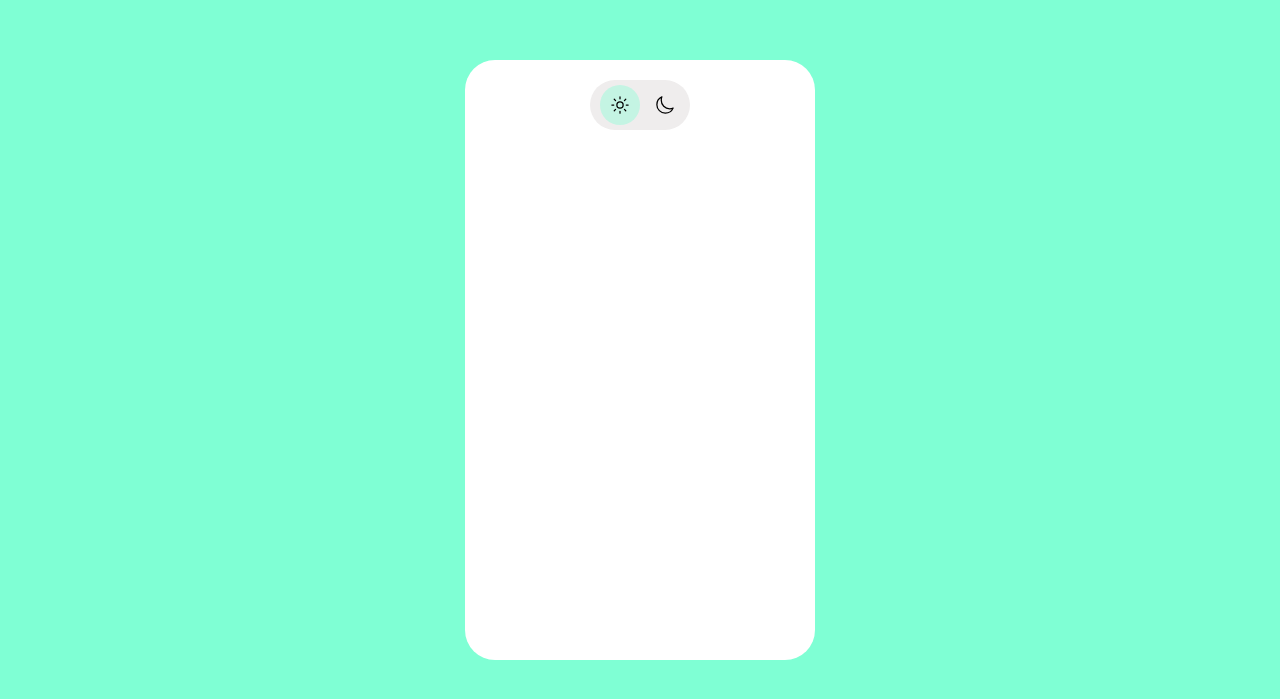
Repository: dinhtri123/caculator-app
Page: index.html
The author's editor kept a copy of each file at every save. The page is drawn from the files as they stood at one save, then again after a run of saves.
The browser window is 1280 px wide. The pictures show the whole page.
After loading, the first visible `div.button-mode` was clicked once.

Above is the page before, as saved 2023-01-03 11:17:59.

After the next 2 saves:
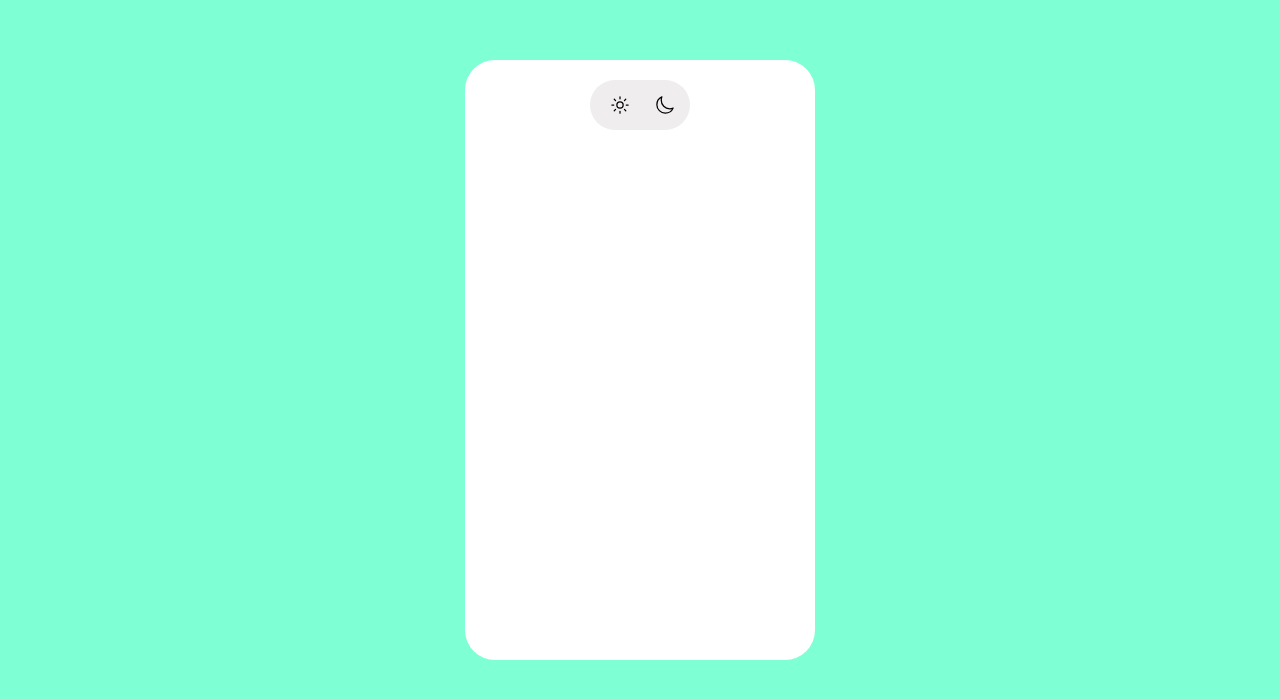
The 2 saves are shown as one change because they came seconds apart.
The last was saved 25 s later.
--- a/index.js
+++ b/index.js
@@ -9,10 +9,9 @@
 //   });
 // }
 
-function handleMode(){
-const btnMode = document.querySelectorAll(".button-mode");
-for(let i =0; i < btnMode.length; i++){
-
+function handleMode() {
+  const btnMode = document.querySelectorAll(".button-mode");
+  for (let i = 0; i < btnMode.length; i++) {
+    btnMode[i].className = btnMode[i].className.replace(" active-mode", "");
+  }
 }
-
-}

After the save that followed:
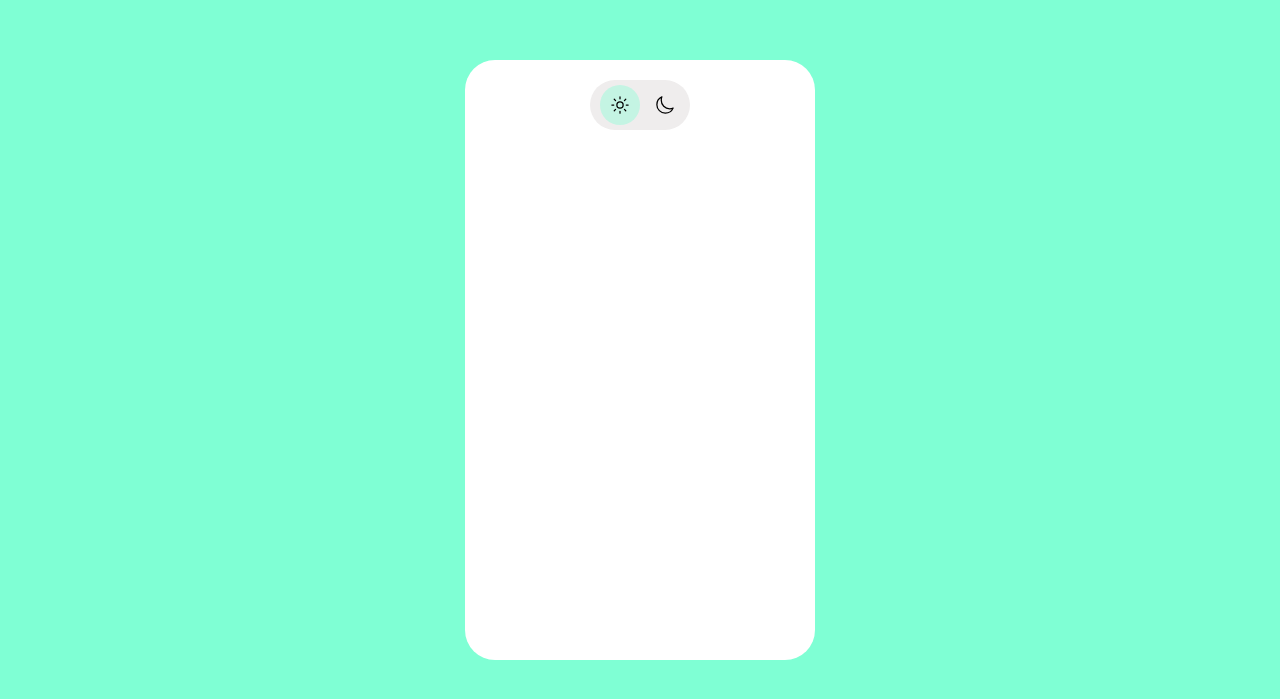
Console error: SyntaxError: Unexpected token '}'
Saved 5 s later.
--- a/index.js
+++ b/index.js
@@ -14,4 +14,5 @@
   for (let i = 0; i < btnMode.length; i++) {
     btnMode[i].className = btnMode[i].className.replace(" active-mode", "");
   }
+  this.
 }
